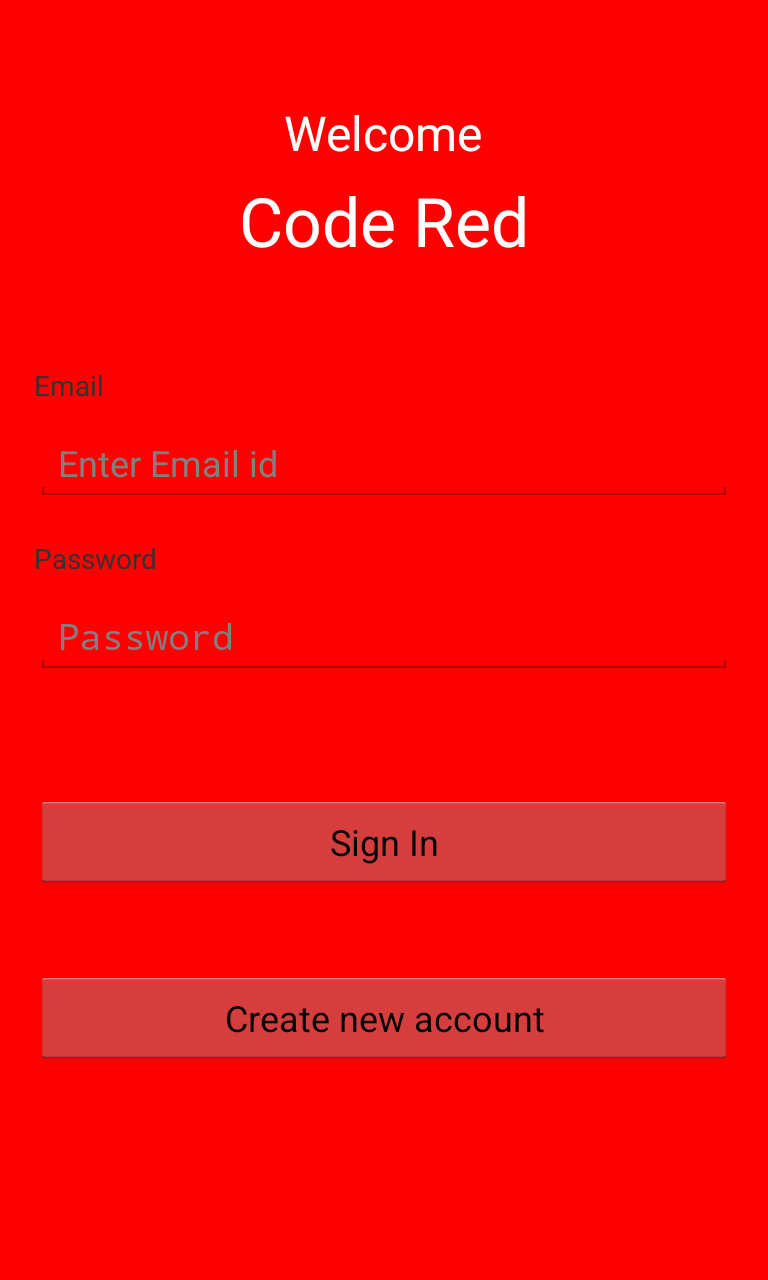
Repository: coderedteam/codered
Layout: AndroidSourceCode/CodeRed/res/layout/activity_registeration.xml
An editor plug-in stored every save of this project. The layout is shown before and after the next save, followed by the edit.
It is drawn on a 768 x 1280 px phone screen (xhdpi) without system bars, with theme AppTheme; the app's code is not run.

Above is the layout before, as saved 2014-11-27 10:09:25.

### AndroidSourceCode/CodeRed/res/layout/activity_registeration.xml
<LinearLayout xmlns:android="http://schemas.android.com/apk/res/android"
    xmlns:tools="http://schemas.android.com/tools"
    android:layout_width="match_parent"
    android:layout_height="match_parent"
    android:background="@color/red"
    android:orientation="vertical"
    tools:context="${relativePackage}.${activityClass}" >

    <LinearLayout
        android:layout_width="match_parent"
        android:layout_height="wrap_content"
        android:layout_marginBottom="50dip"
        android:gravity="top"
        android:orientation="vertical" >

        <TextView
            android:id="@+id/txtWelcome"
            android:layout_width="wrap_content"
            android:layout_height="wrap_content"
            android:layout_gravity="center_horizontal"
            android:layout_marginTop="50dip"
            android:text="@string/lblWelcome"
            android:textColor="@color/white"
            android:textSize="24sp" />

        <TextView
            android:id="@+id/txtMoonshot"
            android:layout_width="wrap_content"
            android:layout_height="wrap_content"
            android:layout_gravity="center_horizontal"
            android:layout_marginTop="5dip"
            android:text="@string/app_name"
            android:textColor="@color/white"
            android:textSize="34sp" />
    </LinearLayout>

    <LinearLayout
        android:id="@+id/layoutLogin"
        android:layout_width="match_parent"
        android:layout_height="wrap_content"
        android:layout_marginLeft="@dimen/login_container_screen_margin"
        android:layout_marginRight="@dimen/login_container_screen_margin"
        android:orientation="vertical" >

        <TextView
            android:id="@+id/lblEmail"
            android:layout_width="match_parent"
            android:layout_height="wrap_content"
            android:paddingBottom="@dimen/margin_small_layout"
            android:text="@string/lblEmail" />

        <EditText
            android:id="@+id/txtUsername"
            android:layout_width="match_parent"
            android:layout_height="wrap_content"
            android:layout_marginBottom="@dimen/edit_view_gap_margin"
            android:hint="@string/txtDefaultEmail"
            android:inputType="textEmailAddress" >
        </EditText>

        <TextView
            android:id="@+id/lblPswd"
            android:layout_width="match_parent"
            android:layout_height="wrap_content"
            android:paddingBottom="10dip"
            android:text="@string/lblPswd" />

        <EditText
            android:id="@+id/txtPassword"
            android:layout_width="match_parent"
            android:layout_height="wrap_content"
            android:hint="@string/txtDefaultPswd"
            android:inputType="textPassword" >
        </EditText>

        <TextView
            android:id="@+id/txtForgotPswd"
            android:layout_width="match_parent"
            android:layout_height="wrap_content"
            android:layout_marginBottom="20dip"
            android:layout_marginTop="20dip" />

        <LinearLayout
            android:id="@+id/layoutButton"
            android:layout_width="match_parent"
            android:layout_height="wrap_content"
            android:orientation="vertical" >

            <Button
                android:id="@+id/btnSignIn"
                android:layout_width="match_parent"
                android:layout_height="wrap_content"
                android:contentDescription="@string/txtBtnSignIn"
                android:text="@string/txtBtnSignIn" />

            <LinearLayout
                android:id="@+id/layoutSeperator"
                android:layout_width="match_parent"
                android:layout_height="wrap_content"
                android:layout_marginBottom="20dp"
                android:layout_marginTop="20dip"
                android:orientation="horizontal" >
            </LinearLayout>

            <Button
                android:id="@+id/btnNewAccount"
                android:layout_width="match_parent"
                android:layout_height="wrap_content"
                android:contentDescription="@string/txtBtnCreateNewAccount"
                android:text="@string/txtBtnCreateNewAccount" />
        </LinearLayout>
    </LinearLayout>

</LinearLayout>

### AndroidSourceCode/CodeRed/res/values/colors.xml
<?xml version="1.0" encoding="utf-8"?>
<resources>

    <item name="blue" type="color">#0b2265</item>
    <item name="white" type="color">#FFFFFF</item>
    <item name="black" type="color">#000000</item>
    <item name="red" type="color">#FF0000</item>
    <item name="grey" type="color">#C0C0C0</item>
    <item name="transparent" type="color">#00000000</item>
    <item name="rowTextColor" type="color">#003478</item>
    <item name="btnBgColor" type="color">#b6bf00</item>
    <item name="tabBgColor" type="color">#bcdee3</item>
    <item name="darkAqua" type="color">#39919A</item>
    <item name="circle_inner_color" type="color">#0066a1</item>
    <item name="circle_outer_color" type="color">#9ACDD4</item>
    <item name="health_score_color" type="color">#252525</item>
    <item name="rowTextColorWithOpacity" type="color">#66003478</item>
    <item name="whiteWithOpacity" type="color">#77FFFFFF</item>
    <item name="whiteWithOpacity20" type="color">#33FFFFFF</item>
    <item name="navigationDrawerFontColor" type="color">#B3C8E6</item>
    <item name="bottom_bg_color" type="color">#53797d</item>

    <color name="manual_entry_circle_bg_blue">#0066A1</color>
    <color name="manual_entry_circle_bg_gray_transparent">#FFFFFF</color>

    <item name="redwithOpacity" type="color">#DDFFFFFF</item>

</resources>

### AndroidSourceCode/CodeRed/res/values/strings.xml
<?xml version="1.0" encoding="UTF-8" standalone="no"?>
<resources>

    <string name="app_name">Code Red</string>
    <string name="lblWelcome">Welcome</string>
    <string name="lblEmail">Email</string>
    <string name="txtDefaultEmail">Enter Email id</string>
    <string name="lblPswd">Password</string>
    <string name="txtDefaultPswd">Password</string>
    <string name="txtBtnSignIn">Sign In</string>
    <string name="txtBtnCreateNewAccount">Create new account</string>
    <string name="txtInternetConnectionNotPresent">Internet connection not present</string>
    <string name="dlgMsgLoginSuccess">Login in progress</string>
    <string name="txtNetworkError">Network error. Please check your internet connection</string>
    <string name="txtUnknownError">Unknown error.</string>
    <string name="txtServerError">Illegal server response.</string>

</resources>

### AndroidSourceCode/CodeRed/res/values/dimen.xml
<?xml version="1.0" encoding="utf-8"?>
<resources>

    <dimen name="login_container_screen_margin">17dp</dimen>
    <dimen name="margin_small_layout">10dip</dimen>
    <dimen name="edit_view_gap_margin">18dp</dimen>
    <dimen name="edit_left_margin">70dp</dimen>
    <dimen name="edit_right_margin">70dp</dimen>
    <dimen name="edit_left_padding">40dp</dimen>
    <dimen name="edit_right_padding">10dp</dimen>
    <dimen name="edit_bottom_padding">5dp</dimen>
    <dimen name="edit_top_padding">5dp</dimen>
    <dimen name="edit_text_size">16sp</dimen>

</resources>

Loaded but not shown: AndroidSourceCode/CodeRed/res/values/styles.xml (common file); AndroidSourceCode/CodeRed/res/values-v11/styles.xml (common file); AndroidSourceCode/CodeRed/res/values-v14/styles.xml (common file)

After the next save:
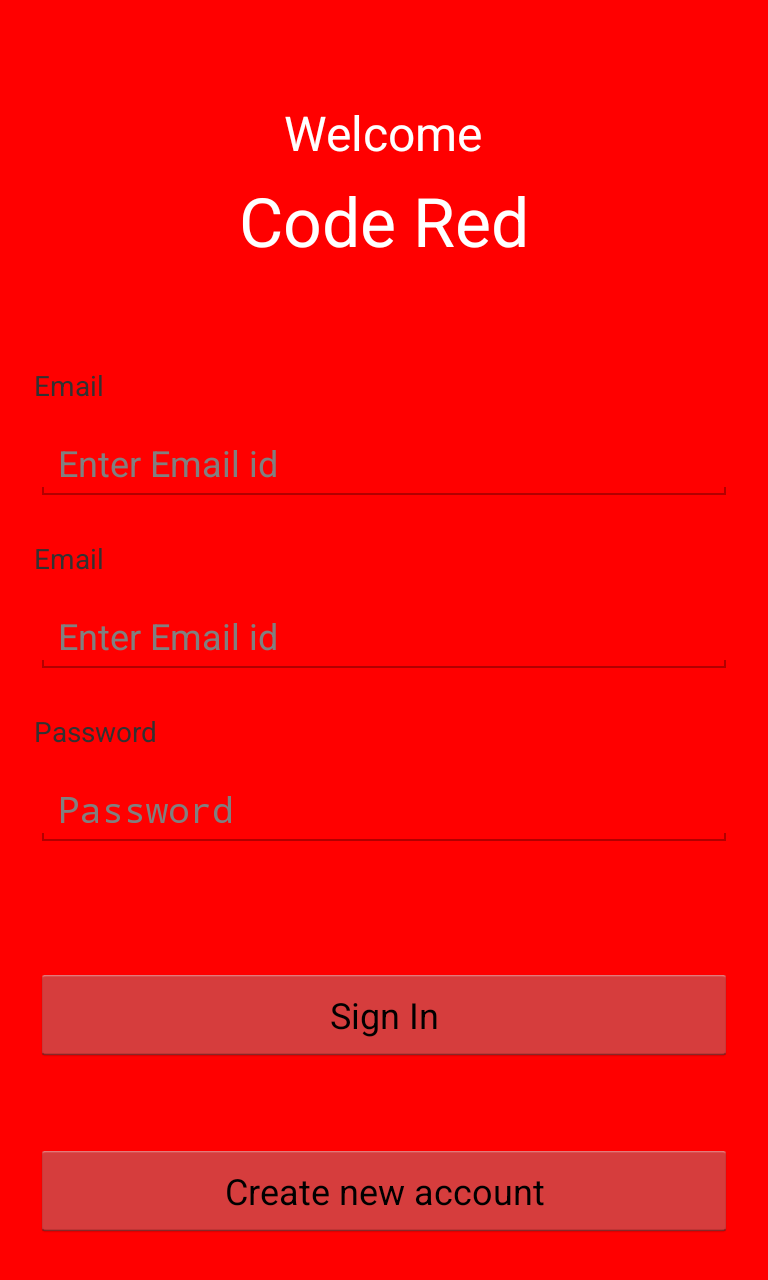
Saved 17 min 2 s later.
--- a/AndroidSourceCode/CodeRed/res/layout/activity_registeration.xml
+++ b/AndroidSourceCode/CodeRed/res/layout/activity_registeration.xml
@@ -41,6 +41,33 @@
         android:layout_marginLeft="@dimen/login_container_screen_margin"
         android:layout_marginRight="@dimen/login_container_screen_margin"
         android:orientation="vertical" >
+
+
+
+
+
+
+           <TextView
+            android:id="@+id/lblName"
+            android:layout_width="match_parent"
+            android:layout_height="wrap_content"
+            android:paddingBottom="@dimen/margin_small_layout"
+            android:text="@string/lblEmail" />
+
+        <EditText
+            android:id="@+id/txtName"
+            android:layout_width="match_parent"
+            android:layout_height="wrap_content"
+            android:layout_marginBottom="@dimen/edit_view_gap_margin"
+            android:hint="@string/txtDefaultEmail"
+            android:inputType="textEmailAddress" >
+        </EditText>
+
+
+
+
+
+
 
         <TextView
             android:id="@+id/lblEmail"
